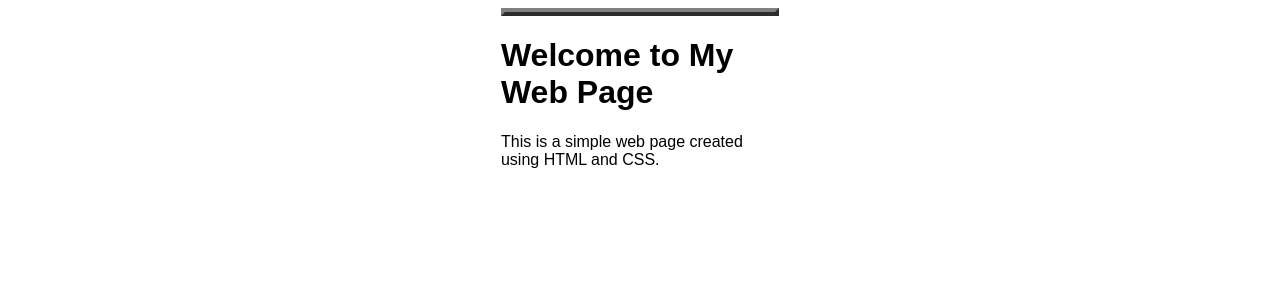
Repository: AdityaTech-Pro/FullStackWithBridgelabz
Page: Assignment2/Data_List/index.html
These files come from the project's save history. The page is drawn as it stood at one moment and after the next save; the edit follows.
The browser window is 1280 px wide. The pictures show the whole page.

Above is the page before, as saved 2025-10-15 09:10:39.

After the next save:
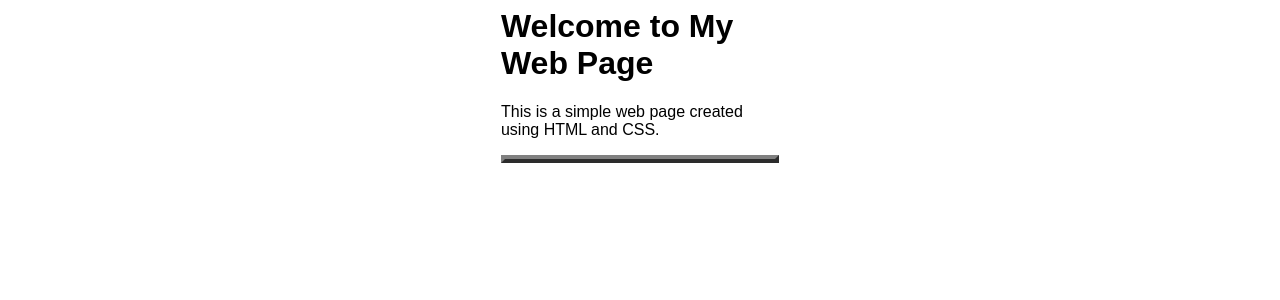
Saved 10 s later.
--- a/Assignment2/Data_List/index.html
+++ b/Assignment2/Data_List/index.html
@@ -19,9 +19,9 @@
 </title>
 
 <body>
-    <table border="4" cellspacing="1" cellpadding="4" class="center"></table>
-    <h1 class="center">Welcome to My Web Page</h1>
-    <p class="center">This is a simple web page created using HTML and CSS.</p>
+    <table border="4" cellspacing="1" cellpadding="4" class="center">
+        <h1 class="center">Welcome to My Web Page</h1>
+        <p class="center">This is a simple web page created using HTML and CSS.</p>
 </body>
 
 </html>
